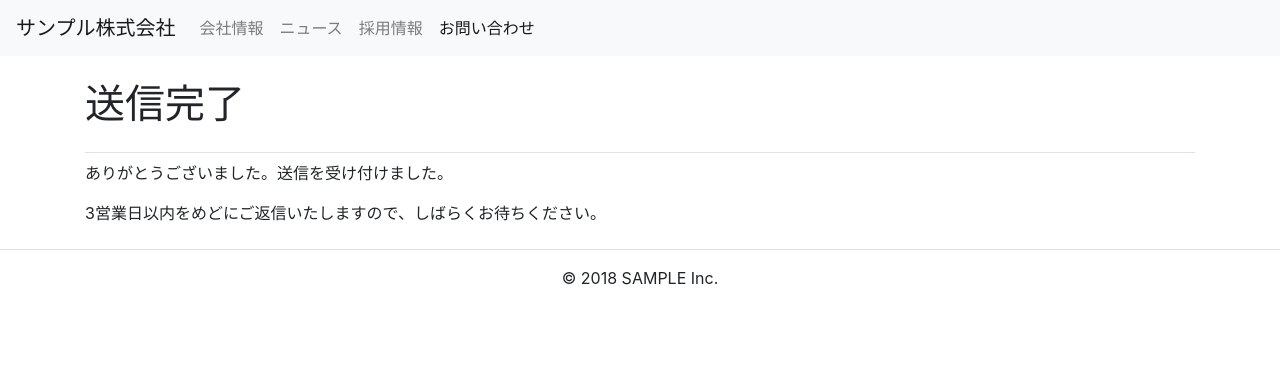
Repository: akaki4/first-git
Page: 4.Bootstrap/complete.html
The author's editor kept a record of every edit. The page is drawn from the files as they stood at one moment, then again after the next edit.
The browser window is 1280 px wide. The pictures show the whole page.
Some web libraries are served in a nearby version.

Above is the page before.

### 4.Bootstrap/complete.html
<!DOCTYPE html>
<html lang="ja">
    <head>
        <!-- Required meta tags -->
        <meta charset="utf-8">
        <meta name="viewport" content="width=device-width, initial-scale=1, shrink-to-fit=no">

        <!-- Bootstrap CSS -->
        <link rel="stylesheet" href="https://stackpath.bootstrapcdn.com/bootstrap/4.2.1/css/bootstrap.min.css">

        <title>送信完了 | サンプル株式会社</title>
    </head>
    <body>
        <header>
        <nav class="navbar navbar-expand-sm navbar-light bg-light">
            <!-- ホームへ戻るリンク。ブランドロゴなどを置く。 -->
            <a href="#" class="navbar-brand">サンプル株式会社</a>

            <!-- 横幅が狭い時に出るハンバーガーボタン -->
            <button type="button" class="navbar-toggler" data-toggle="collapse" data-target="#nav-bar">
                <span class="navbar-toggler-icon"></span>
            </button>

            <!-- メニュー項目 -->
            <div class="collapse navbar-collapse" id="nav-bar">
                <ul class="navbar-nav">
                    <li class="nav-item"><a href="#" class="nav-link">会社情報</a></li>
                    <li class="nav-item"><a href="#" class="nav-link">ニュース</a></li>
                    <li class="nav-item"><a href="#" class="nav-link">採用情報</a></li>
                    <li class="nav-item active"><a href="#" class="nav-link">お問い合わせ</a></li>
　　              　<li class="nav-item dropdown">
                        <div class="dropdown-menu">
                            <a class="dropdown-item" href="#">会社情報</a>
                            <a class="dropdown-item" href="#">ニュース</a>
                            <a class="dropdown-item" href="#">採用情報</a>
                            <a class="dropdown-item" href="#">お問い合わせ</a>
                        </div>
                    </li>
                </ul>
            </div>
        </nav>
        </header>
        <div class="container">
            <h1 class="mt-4 pb-4 border-bottom">送信完了</h1>
            <p>ありがとうございました。送信を受け付けました。</p>
            <p>3営業日以内をめどにご返信いたしますので、しばらくお待ちください。</p>
            <div class="text-center mb-4">

            </div>
        </div>
        <footer class="text-center pt-3 border-top">
            &copy; 2018 SAMPLE Inc.
        </footer>

        <!-- Optional JavaScript -->
        <!-- jQuery first, then Popper.js, then Bootstrap JS, then Font Awesome -->
        <script src="https://code.jquery.com/jquery-3.3.1.slim.min.js"></script>
        <script src="https://cdnjs.cloudflare.com/ajax/libs/popper.js/1.14.6/umd/popper.min.js"></script>
        <script src="https://stackpath.bootstrapcdn.com/bootstrap/4.2.1/js/bootstrap.min.js"></script>
        <script defer src="https://use.fontawesome.com/releases/v5.7.2/js/all.js"></script>
    </body>
</html>

After the next edit:
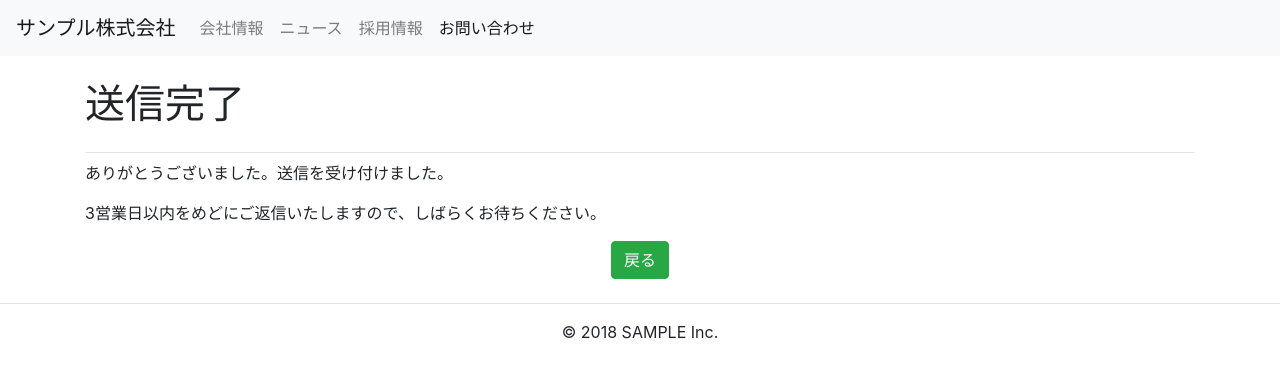
The edit:
--- a/4.Bootstrap/complete.html
+++ b/4.Bootstrap/complete.html
@@ -45,7 +45,7 @@
             <p>ありがとうございました。送信を受け付けました。</p>
             <p>3営業日以内をめどにご返信いたしますので、しばらくお待ちください。</p>
             <div class="text-center mb-4">
-
+                <a href="contact.html"><button type="button" class="btn btn-success">戻る</button></a>
             </div>
         </div>
         <footer class="text-center pt-3 border-top">
